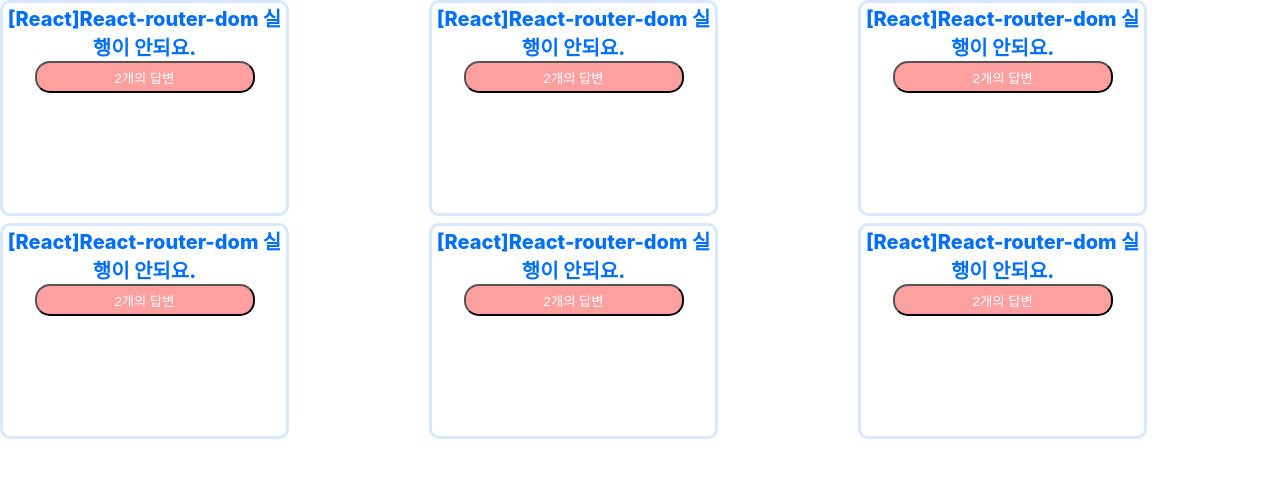
Repository: TeamCosine/Front
Page: /Qna
An editor plug-in stored every save of this project. The page is shown before and after the next save, followed by the edit.
The browser window is 1280 px wide. The pictures show the whole page.
The project was rebuilt for these pictures with package versions that can differ from the ones it lists, and the page was loaded fresh each time. Also part of the build but not shown: src/components/home/Card.js, src/pages/Home.js, src/pages/Profile.js, src/pages/Login.js, src/components/MyInfo/Card.js, src/pages/MyInfo.js, src/pages/Write.js, src/pages/Invite.js.

Above is the page before, as saved 2023-07-22 22:56:34.

### src/App.js
import React from 'react';
import './App.css';

import {BrowserRouter, Routes, Route} from 'react-router-dom';
import Home from './pages/Home';
import Profile from './pages/Profile';
import Login from './pages/Login';
import MyInfo from './pages/MyInfo';
import Write from './pages/Write';
import Qna from './pages/Qna';
import Invite from './pages/Invite';


function App() {
  return (
    <BrowserRouter>
    <div className="App">
      <Routes>
        <Route path = "/" element={<Login/>}/>
        <Route path = "/profile" element={<Profile/>}/>
        <Route path = "/myinfo" element = {<MyInfo/>} />
        <Route path = "/Write" element = {<Write/>} />
        <Route path = "/Qna" element={<Qna/>}/>
        <Route path = "/home" element = {< Home/>}/>
        <Route path = "/invite" element={<Invite/>}/>

      </Routes>
    </div>
    </BrowserRouter>
  );
}

export default App;

### src/pages/Qna.js
import React from "react";
import styled from 'styled-components';
import Card from "../components/QNA/Card";
import Title from "../components/common/Title";

const Container = styled.div`

`;
const GridContainer = styled.div`
   display: grid;
   grid-template-columns: repeat(3, 1fr);
   grid-gap:1vh;

`;

const Qna =()=>{
    return (
        <>
          <Title text={"QNA"}/>
          <Container>
            <GridContainer>
            <Card/>
            <Card/>
            <Card/>
            <Card/>
            <Card/>
            <Card/>
            </GridContainer>
          </Container>
        </>
    )
}

export default Qna;

### src/components/QNA/Card.js
import React from "react";
import styled from "styled-components";

const Container = styled.div`
   border-radius: 10px;
   border : 3px solid #d8e8fd;
   background-color: white;
   width : 283px;
   height : 210px;

`;
const Text = styled.div`
   color : #006fff;
   font-size: 20px;
   font-weight: 800;
   flex-shrink: 0;
`;
const Btn = styled.button`
    width : 220px;
    height : 32px;
    background-color: #ffa0a0;
    flex-shrink: 0;
    color : white;
    border-radius: 15px;
`;
const Card =() =>{

    return (
        <>
           <Container>
              <Text>[React]React-router-dom 실행이 안되요.</Text>
              <div>
                <Btn>2개의 답변</Btn>
              </div>

           </Container>
        </>
    )

}

export default Card;

### src/components/common/Title.js
import React from "react";
import styled from 'styled-components';

const Container = styled.button`
  background-color: #E8F1FD;
`;

const Title = ({text}) =>{
    <>
      <Container>
          {text}
      </Container>
    </>

}

export default Title;

Loaded but not shown: public/index.html (common file); src/index.js (common file); src/index.css (common file); src/reportWebVitals.js (common file); src/App.css (common file)

After the next save:
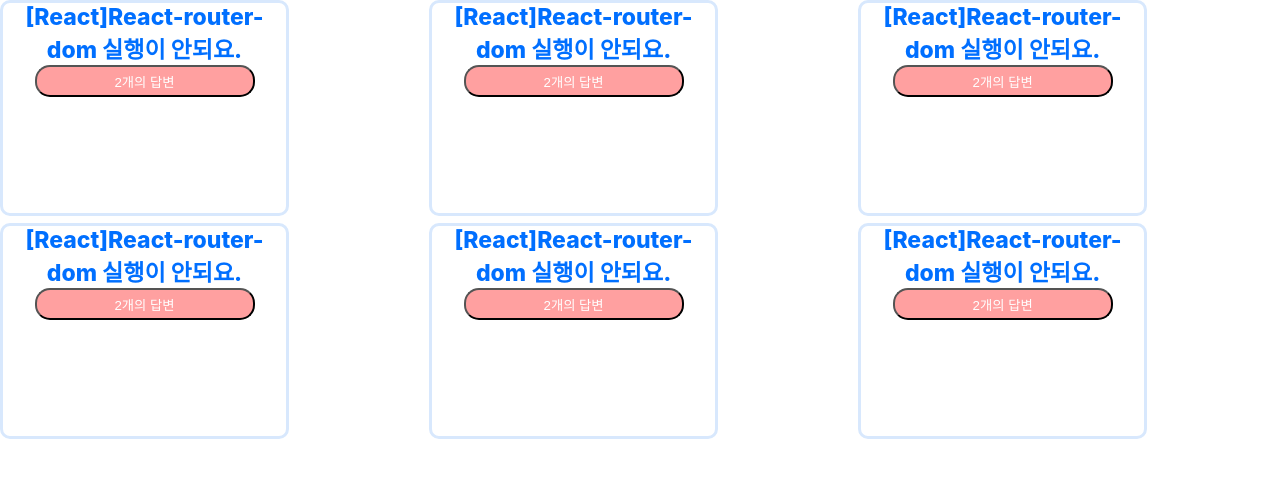
Saved 4 s later.
--- a/src/components/QNA/Card.js
+++ b/src/components/QNA/Card.js
@@ -11,7 +11,7 @@
 `;
 const Text = styled.div`
    color : #006fff;
-   font-size: 20px;
+   font-size: 23px;
    font-weight: 800;
    flex-shrink: 0;
 `;
